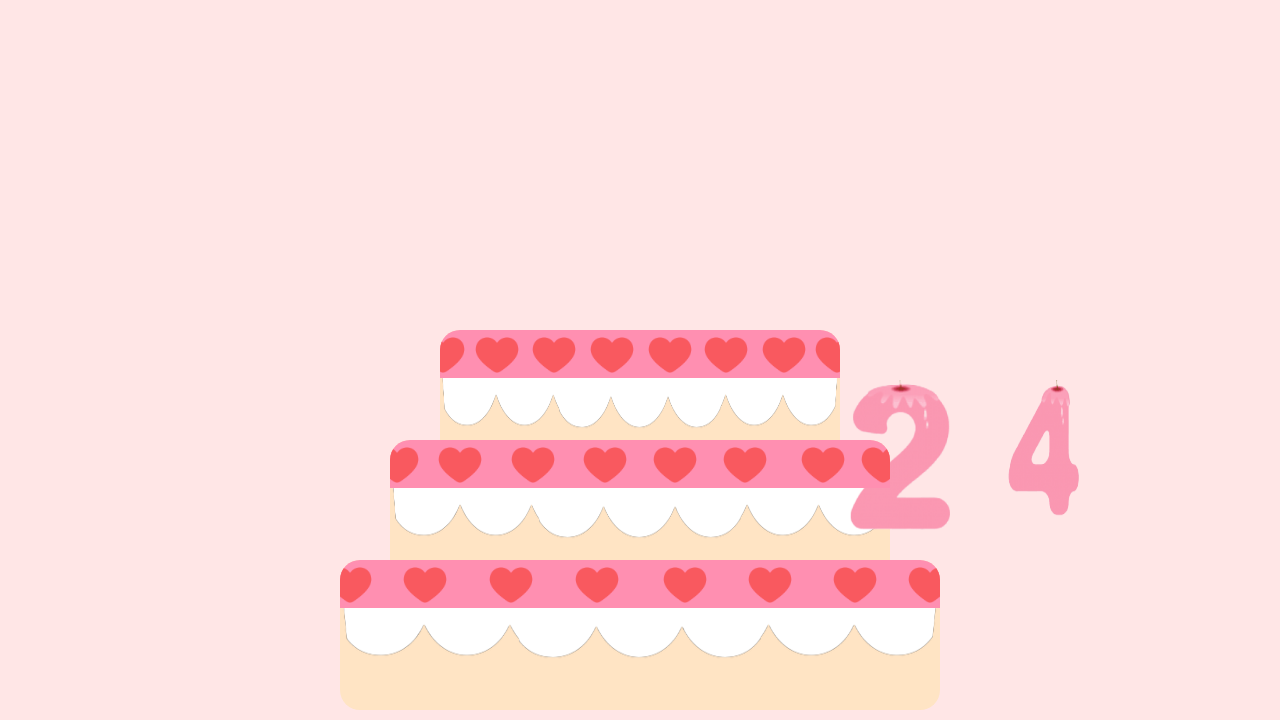
Repository: iphoneboy46/happybirthday
Page: index.html
These files come from the project's save history. The page is drawn as it stood at one moment and after the next save; the edit follows.
The browser window is 1280 px wide. The pictures show the whole page.

Above is the page before, as saved 2022-11-28 17:34:42.

After the next save:
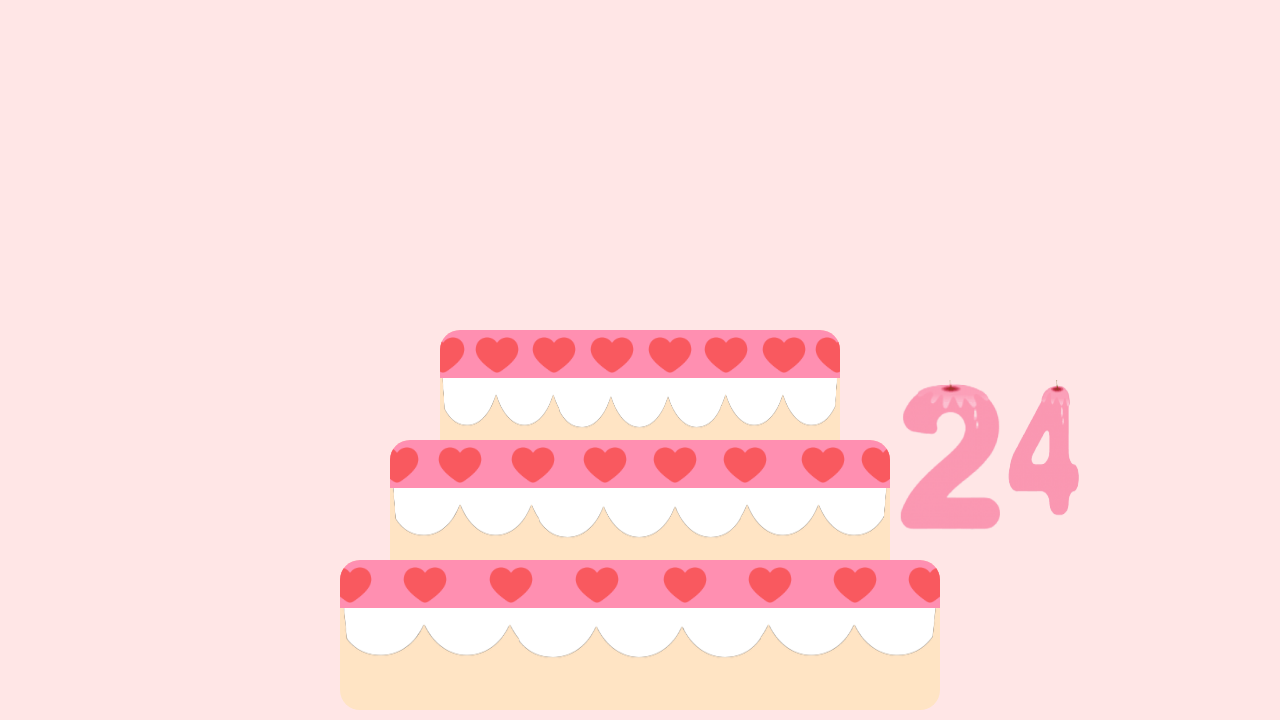
Saved 13 s later.
--- a/style.css
+++ b/style.css
@@ -449,7 +449,7 @@
     width: 100px;
     height: 150px;
     top: 380px;
-    left: 850px;
+    left: 900px;
 }
 
 .number2 img{

After the save that followed:
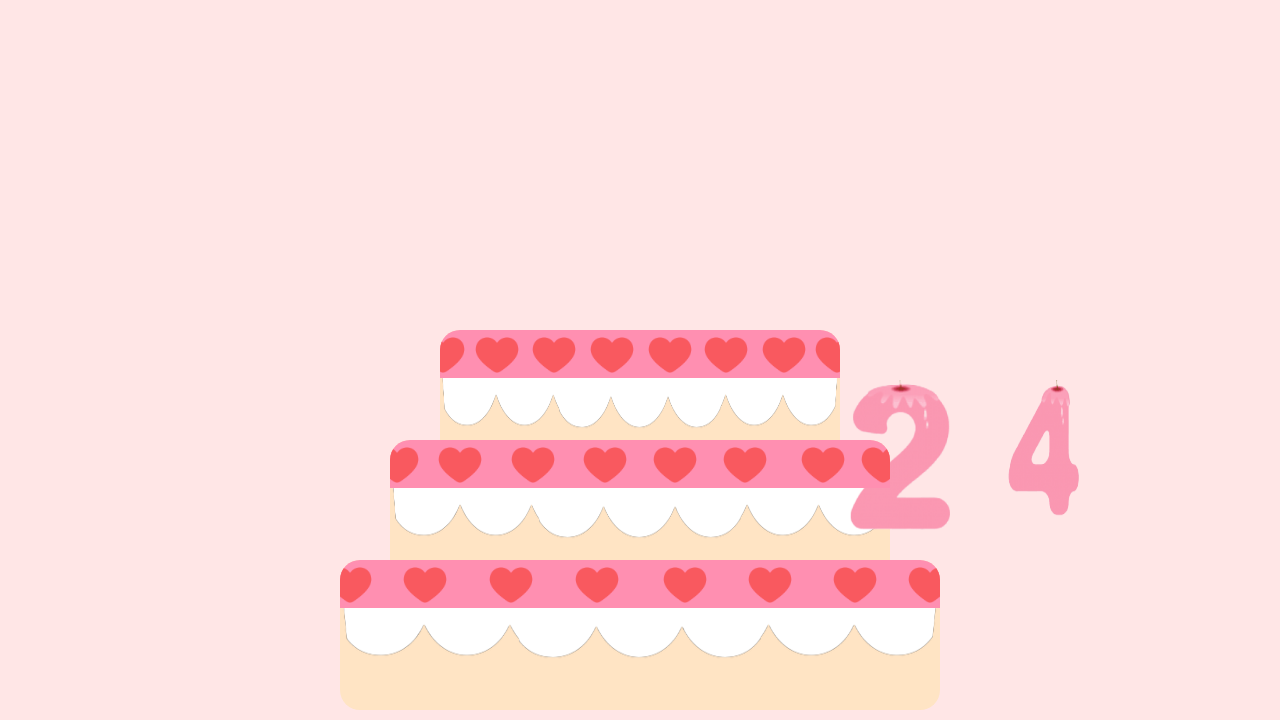
Saved 5 s later.
--- a/style.css
+++ b/style.css
@@ -449,7 +449,7 @@
     width: 100px;
     height: 150px;
     top: 380px;
-    left: 900px;
+    left: 850px;
 }
 
 .number2 img{
